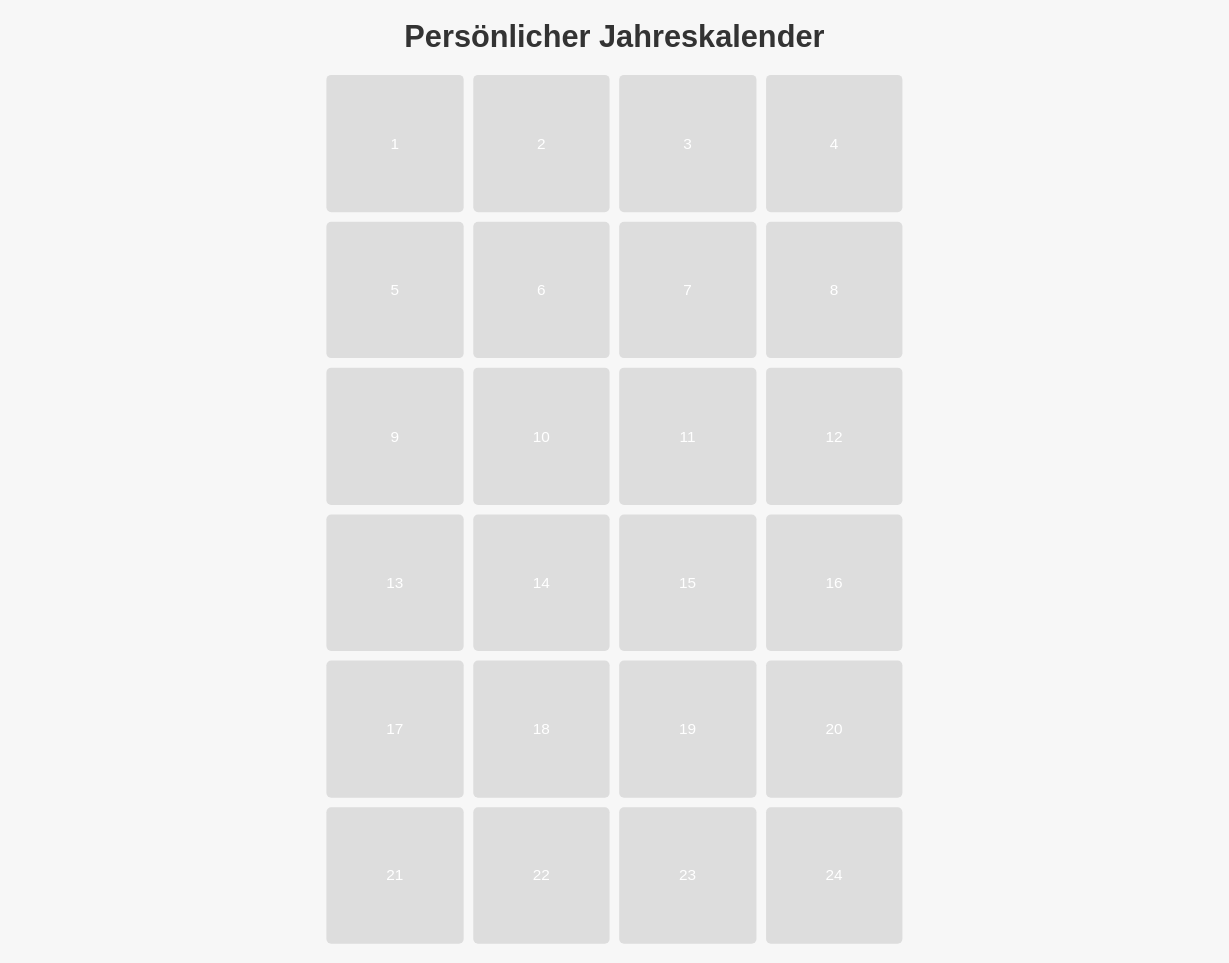
Repository: vickykey02/Adventskalender
Page: index.html
An editor plug-in stored every save of this project. The page is shown before and after the next save, followed by the edit.
The browser window is 1280 px wide. The pictures show the whole page, at 96% of full size.

Above is the page before, as saved 2024-11-26 21:36:30.

### index.html
<!DOCTYPE html>
<html lang="en">
<head>
    <meta charset="UTF-8">
    <meta name="viewport" content="width=device-width, initial-scale=1.0">
    <title>Persönlicher Kalender</title>
    <link rel="stylesheet" href="styles.css">
</head>
<body>
    <h1>Persönlicher Jahreskalender</h1>
    <div class="calendar">
        <!-- Kalender wird hier generiert -->
    </div>
    <script src="app.js"></script>
</body>
</html>

### styles.css
body {
    font-family: Arial, sans-serif;
    text-align: center;
    margin: 0;
    padding: 0;
    background: #f7f7f7;
}
h1 {
    margin-top: 20px;
    color: #333;
}
.calendar {
    display: grid;
    grid-template-columns: repeat(4, 1fr);
    gap: 10px;
    max-width: 600px;
    margin: 20px auto;
}
.day {
    width: 100%;
    aspect-ratio: 1;
    display: flex;
    justify-content: center;
    align-items: center;
    background: #ddd;
    border-radius: 5px;
    font-size: 1rem;
    color: #fff;
    cursor: pointer;
    position: relative;
}
.day.locked {
    background: #aaa;
    cursor: not-allowed;
}
.day.opened {
    background: #4caf50;
}

### app.js
// Generiere die Kalender-Türchen
const calendar = document.querySelector('.calendar');
const today = new Date().toISOString().split('T')[0]; // Heutiges Datum im Format YYYY-MM-DD

// Inhalte für die Tage
const days = {
    "2024-11-26": "Adventskalender/assets/Test.webpp",
    //"2024-11-27": "path/to/image2.png",
};

// Funktion: Türchen anzeigen
for (let i = 1; i <= 24; i++) {
    const day = document.createElement('div');
    day.classList.add('day');
    const date = new Date(new Date().getFullYear(), 0, i); // i-tes Datum des Jahres
    const dateString = date.toISOString().split('T')[0];

    if (dateString in days) {
        if (dateString <= today) {
            day.classList.add('opened');
            day.onclick = () => showContent(days[dateString]);
        } else {
            day.classList.add('locked');
        }
    }

    day.textContent = date.getDate();
    calendar.appendChild(day);
}

// Funktion: Inhalt anzeigen
function showContent(content) {
    alert(`Inhalt für heute: ${content}`); // Später ersetzen mit Modal oder Popup
}

After the next save:
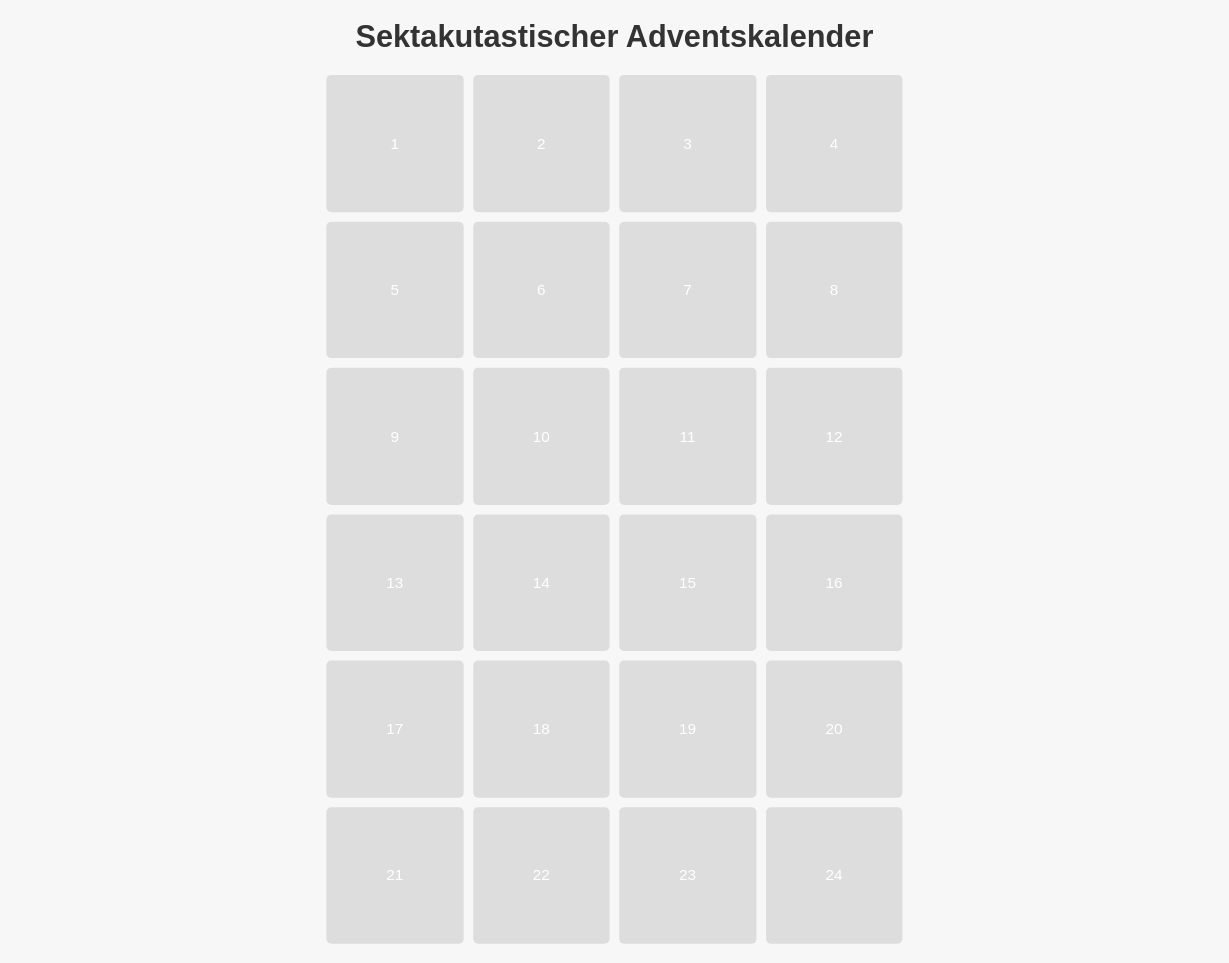
Saved 83 s later.
--- a/index.html
+++ b/index.html
@@ -3,11 +3,11 @@
 <head>
     <meta charset="UTF-8">
     <meta name="viewport" content="width=device-width, initial-scale=1.0">
-    <title>Persönlicher Kalender</title>
+    <title>Sektakutastischer Adventskalender</title>
     <link rel="stylesheet" href="styles.css">
 </head>
 <body>
-    <h1>Persönlicher Jahreskalender</h1>
+    <h1>Sektakutastischer Adventskalender</h1>
     <div class="calendar">
         <!-- Kalender wird hier generiert -->
     </div>
